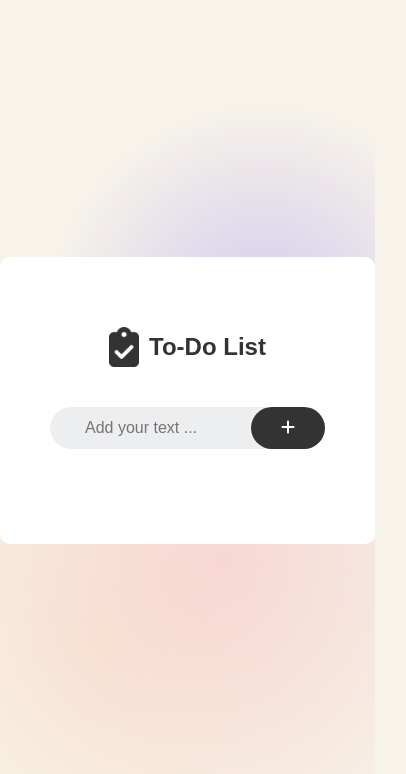
Repository: maltika/To-do_list
Page: index.html
The author's editor kept a copy of each file at every save. The page is drawn from the files as they stood at one save, then again after the next save.
The browser window is 375 px wide. The page is 375 px wide, then 406 px, so the pictures cover 406 px, including what lies to the right of the window. The pictures show the whole page.

Above is the page before, as saved 2025-05-20 15:13:15.

### index.html
<!DOCTYPE html>
<html lang="en">
  <head>
    <meta charset="UTF-8" />
    <meta name="viewport" content="width=device-width, initial-scale=1.0" />
    <title>To-do List</title>
    <link rel="stylesheet" href="style.css" />
    <link
      rel="stylesheet"
      href="https://cdnjs.cloudflare.com/ajax/libs/font-awesome/6.5.0/css/all.min.css"
    />
  </head>
  <body>
    <div class="content">
      <div class="todo-app">
        <h2>
          <img src="img/Clipboard.png" />
          To-Do List
        </h2>
        <div class="row">
          <input type="text" id="input-box" placeholder="Add your text ..." />
          <button onclick="addTask()"><i class="fa-solid fa-plus"></i></button>
        </div>
        <ul id="list-container">
            <!-- <li class="checked"> Task 1 </li>
            <li> Task 2 </li>
            <li> Task 3 </li> -->
        </ul>
      </div>
    </div>
    <script src="script.js"></script>
  </body>
</html>

### style.css
body {
    margin: 0;
    padding: 0;
    min-height: 100vh;
    background-color: #f7f3ea;
    /* พื้นหลังหลัก */

    background-image:
        radial-gradient(circle at 70% 40%, rgba(128, 104, 243, 0.3), transparent 40%),
        radial-gradient(circle at 60% 70%, rgba(244, 148, 177, 0.25), transparent 50%),
        radial-gradient(circle at 30% 80%, rgba(255, 204, 140, 0.2), transparent 50%);

    background-repeat: no-repeat;
    background-size: cover;
    font-family: sans-serif;
}

.content {
    display: flex;
    justify-content: center;
    align-items: center;
    height: 100vh;
    /* text-align: center; */
    color: #333;
}

* {
    margin: 0;
    padding: 0;
    font-family: 'Poppins', sans-serif;
    box-sizing: border-box;
}

.todo-app {
    width: 100%;
    max-width: 460px;
    background-color: #fff;
    margin: 100px auto;
    padding: 40px 30px 70px;
    border-radius: 10px;
    border-color: #A6A6A6;
}

.todo-app h2 {
    color: #333;
    display: flex;
    align-items: center;
    margin-top: 30px;
    margin-bottom: 40px;
    justify-content: center;
}

.todo-app h2 img {
    width: 30px;
    margin-right: 10px;
}

.row {
    display: flex;
    align-items: center;
    background: #edeef0;
    border-radius: 30px;
    padding-left: 25px;
    margin-bottom: 25px;
    margin-left: 30px;
    margin-right: 30px;
    gap: 10px;
}

input {
    flex: 1;
    border: none;
    outline: none;
    background: transparent;
    padding: 10px;
    font-size: 16px;
    min-width: 0;
}

button {
    border: none;
    outline: none;
    background: #333;
    color: #fff;
    padding: 12px 30px;
    font-size: 16px;
    cursor: pointer;
    border-radius: 40px;
    white-space: nowrap; /* ป้องกันปุ่มหดเมื่อแคบ */
}

ul li {
    list-style: none;
    font-size: 17px;
    padding: 12px 8px 12px 55px;
    margin-left: 30px;
    margin-right: 30px;
    user-select: none;
    cursor: pointer;
    position: relative;
}

ul li::before {
    content: '';
    position: absolute;
    height: 22px;
    width: 22px;
    border-radius: 50%;
    background-image: url(img/unchecked.png);
    background-size: cover;
    background-position: center;
    top: 11px;
    left: 10px;
}

ul li::after {
    content: '';
    position: absolute;
    left: 8px;
    bottom: -2px;
    width: 100%;
    max-width: 330px;
    height: 1px;

    /* ความหนาของเส้น */
    background-color: #A6A6A6;
    /* สีของเส้น */
    margin-top: 110px;
}

ul li.checked {
    color: #A6A6A6;
    font-style: italic;
    text-decoration: line-through;
}

ul li.checked::before {
    background-image: url(img/checked.png);

}

ul li span {
    position: absolute;
    right: 0;
    top: 5px;
    width: 40px;
    height: 40px;
    font-size: 22px;
    color: #A6A6A6;
    line-height: 40px;
    text-align: center;
    border-radius: 50px;
}

ul li span:hover{
    background-color: #dcdbdb;
}

@media (max-width: 460px) {
  .todo-app {
    width: 100%;
    padding-left: 20px;
    padding-right: 20px;
    box-sizing: border-box; /* สำคัญมาก! */
  }
}

### script.js
const inputBox = document.getElementById("input-box")
const listContainer = document.getElementById("list-container")

function addTask() {
    if (inputBox.value === '') {
        alert("You must write something!");
    }
    else {
        let li = document.createElement("li");
        li.innerHTML = inputBox.value;
        listContainer.appendChild(li);
        let span = document.createElement("span");
        span.innerHTML = "\u00d7";
        li.appendChild(span)
    }
    inputBox.value = "";
    saveData();
}

listContainer.addEventListener("click", function (e) {
    if(e.target.tagName === "LI") {
        e.target.classList.toggle("checked");
        saveData();
    }
    else if(e.target.tagName === "SPAN") {
        e.target.parentElement.remove();
        saveData();
    }
}, false);

function saveData(){
    localStorage.setItem("data" , listContainer.innerHTML);
}

function showTask(){
    listContainer.innerHTML = localStorage.getItem("data");
}
showTask();

After the next save:
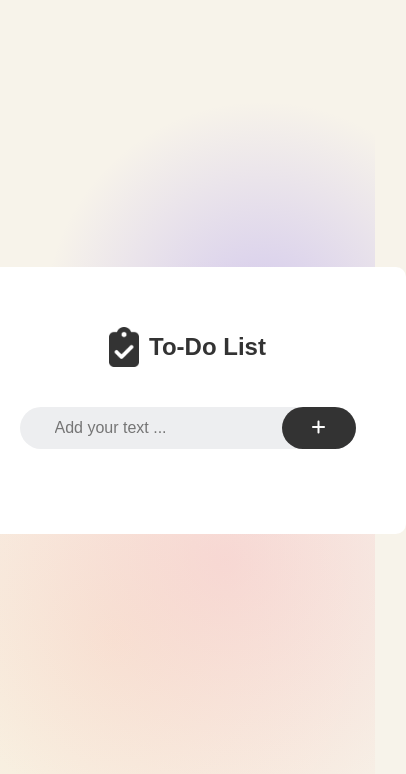
Saved 76 s later.
--- a/style.css
+++ b/style.css
@@ -156,11 +156,11 @@ ul li span:hover{
     background-color: #dcdbdb;
 }
 
-@media (max-width: 460px) {
+@media (max-width: 600px) {
   .todo-app {
-    width: 100%;
-    padding-left: 20px;
-    padding-right: 20px;
-    box-sizing: border-box; /* สำคัญมาก! */
+    margin: 50px 20px; /* เว้นขอบซ้าย-ขวา 20px */
+    padding: 30px 20px 60px;
+    width: auto;
+    box-sizing: border-box;
   }
 }
